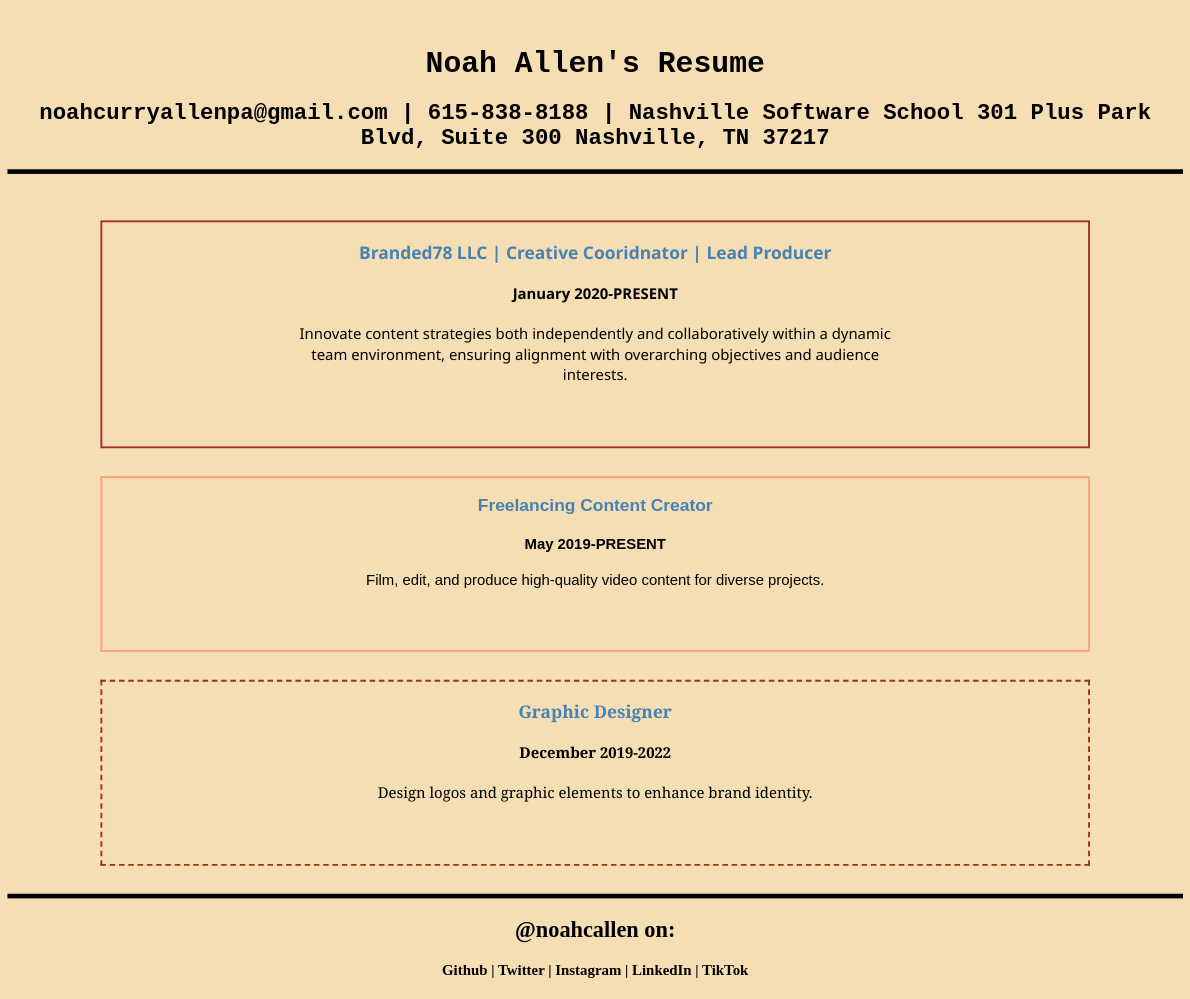
Repository: noahcallen/LAB-HTML-Resume
Page: index.html
An editor plug-in stored every save of this project. The page is shown before and after the next save, followed by the edit.
The browser window is 1280 px wide. The pictures show the whole page, at 93% of full size.

Above is the page before, as saved 2024-07-08 22:10:31.

After the next save:
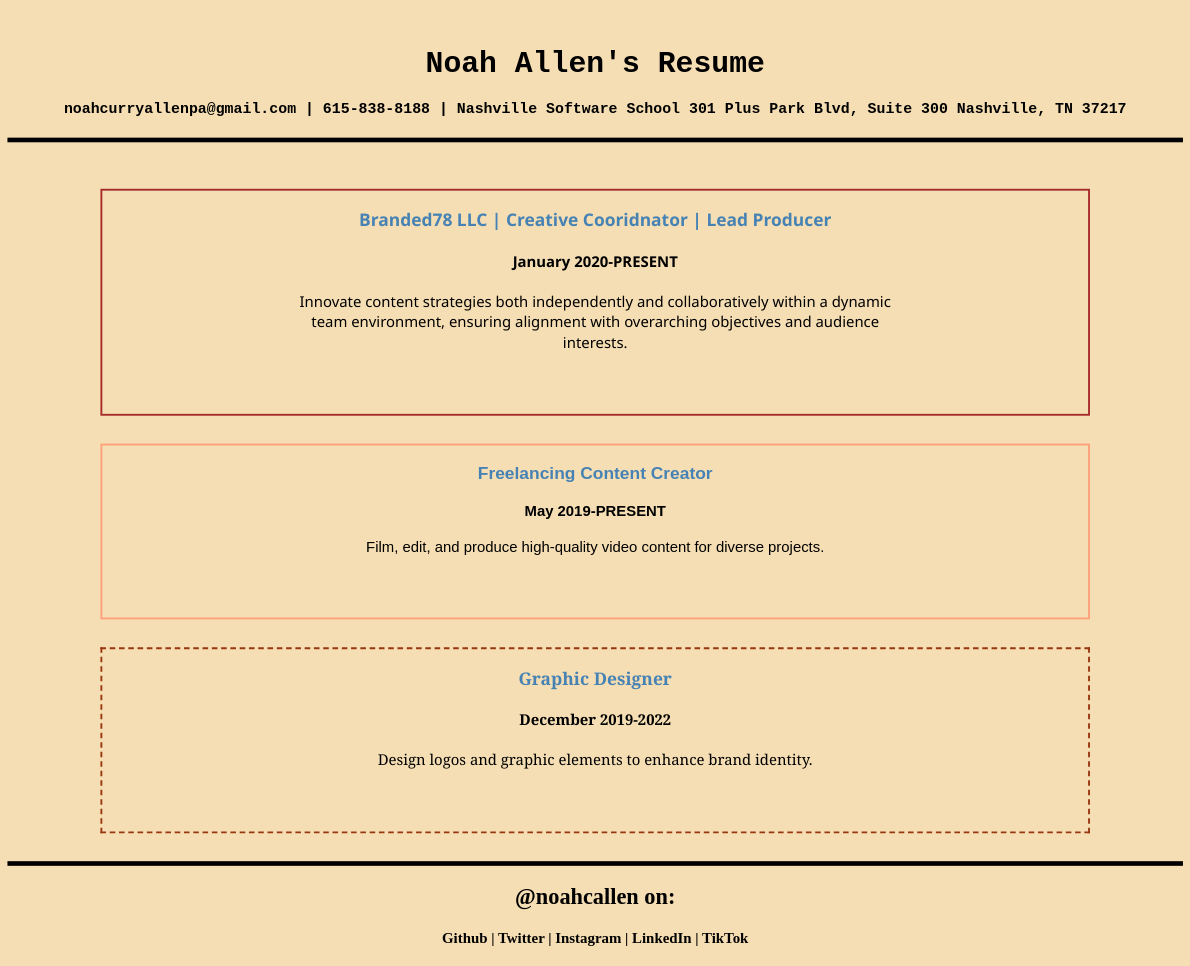
Saved 20 s later.
--- a/index.html
+++ b/index.html
@@ -11,9 +11,9 @@
   <div class="HEADER">
   <!--HEADER-->
   <h1>Noah Allen's Resume</h1>
-  <h2> noahcurryallenpa@gmail.com | 615-838-8188 | Nashville Software School
+  <h4> noahcurryallenpa@gmail.com | 615-838-8188 | Nashville Software School
     301 Plus Park Blvd, Suite 300
-    Nashville, TN 37217</h2>
+    Nashville, TN 37217</h4>
 <!--END HEADER-->
   </div>
 
